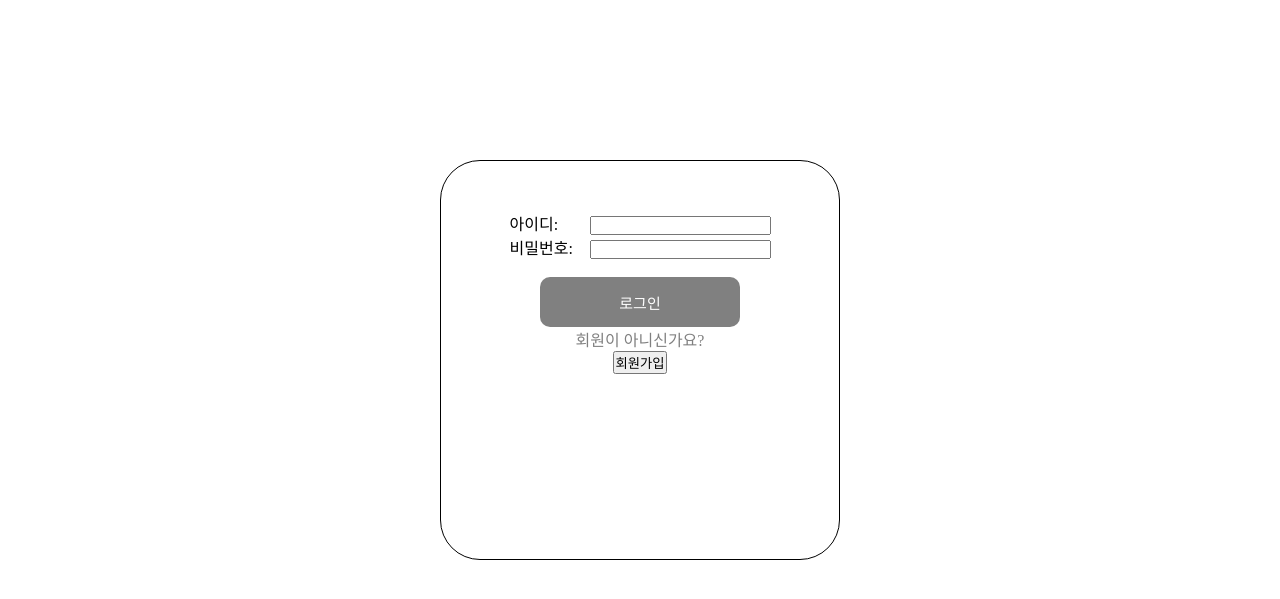
Repository: KGH1125/jsp_project
Page: http://localhost/jsp_project4/
The author's editor kept a copy of each file at every save. The page is drawn from the files as they stood at one save, then again after the next save.
The browser window is 1280 px wide. The pictures show the whole page.
The page is served by Tomcat 9. Other server files are loaded and not shown.

Above is the page before, as saved 2023-05-30 01:49:39.

### jsp_project4/jsp_project4/src/main/webapp/main.jsp
<%@ page language="java" contentType="text/html; charset=UTF-8"
	pageEncoding="UTF-8"%>
<!DOCTYPE html>
<html>
<head>
<meta charset="UTF-8">
<title>Main</title>
<style type="text/css">
* {
	margin: 0;
	padding: 0;
	box-sizing: border-box;
}

.mainbox {
	width: 400px;
	height: 400px;
	border: 1px solid black;
	border-radius: 10%;
	left: 50%;
	top: 50%;
	position: absolute;
	transform: translate(-50%, -50%);
	text-align: center;
	padding: 50px;
}

.tspan {
	display: inline-block;
	width: 80px;
	text-align: left;
}

.loginbtn {
	width: 200px;
	height: 50px;
	color: white;
	background-color: gray;
	font-size: 15px;
	border: none;
	border-radius: 10px

}
.subbox{
color: gray;
border: none;
}

</style>

</head>
<body>
	<div class="mainbox">
		<form>
			<span class="tspan">아이디:</span><input type="text" name="id"><br>
			<span class="tspan">비밀번호:</span><input type="password"
				name="password"><br> <br>
			<button class="loginbtn" type="submit">로그인</button>
			<div class="subbox">
				회원이 아니신가요?<br>
				<a><button>회원가입</button></a>
			</div>
		</form>

	</div>

</body>
</html>

After the next save:
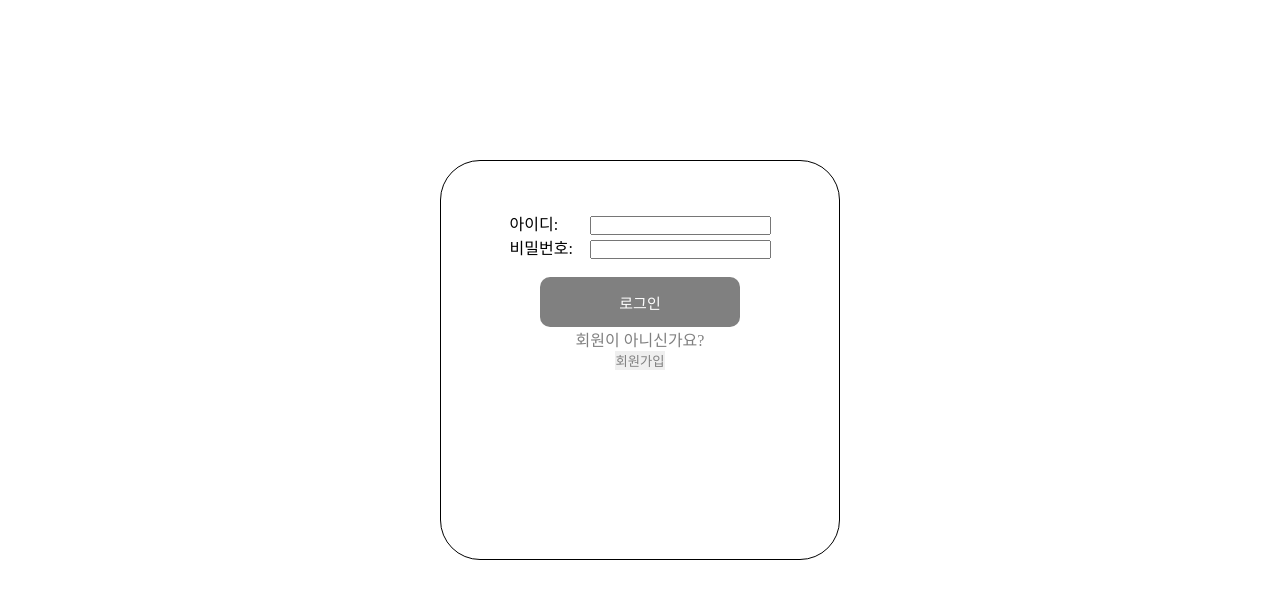
Saved 107 s later.
--- a/jsp_project4/jsp_project4/src/main/webapp/main.jsp
+++ b/jsp_project4/jsp_project4/src/main/webapp/main.jsp
@@ -43,9 +43,12 @@
 }
 .subbox{
 color: gray;
+}
+.joinbtn{
+color: gray;
 border: none;
+
 }
-
 </style>
 
 </head>
@@ -58,7 +61,7 @@ border: none;
 			<button class="loginbtn" type="submit">로그인</button>
 			<div class="subbox">
 				회원이 아니신가요?<br>
-				<a><button>회원가입</button></a>
+				<a><button class="joinbtn">회원가입</button></a>
 			</div>
 		</form>
 
